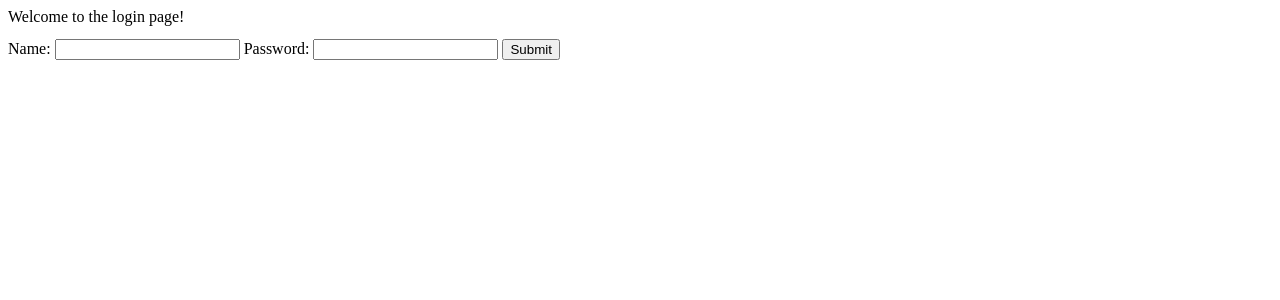
Repository: Baemint2/SPRING
Page: http://localhost/myfirstwebapp/src/main/resources/META-INF/resources/jsp/login.jsp
These files come from the project's save history. The page is drawn as it stood at one moment and after the next save; the edit follows.
The browser window is 1280 px wide. The pictures show the whole page.
The page is served by Tomcat 9. Other server files are loaded and not shown.

Above is the page before, as saved 2023-12-14 02:20:49.

### myfirstwebapp/src/main/resources/META-INF/resources/jsp/login.jsp
<html>
  <head>
    <title>Login Page</title>
  </head>
  <body>
  		Welcome to the login page!
  		<pre>${errorMessage}</pre>
  		<form method="post">
  			Name: <input type="text" name="name">
  			Password: <input type="password" name="password">
  			<input type="submit">
  		</form>
  </body>
</html>

After the next save:
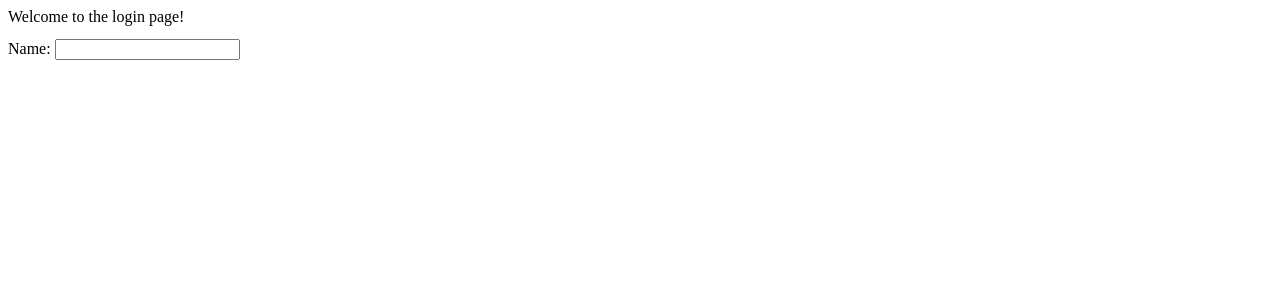
Saved 16 s later.
--- a/myfirstwebapp/src/main/resources/META-INF/resources/jsp/login.jsp
+++ b/myfirstwebapp/src/main/resources/META-INF/resources/jsp/login.jsp
@@ -7,8 +7,6 @@
   		<pre>${errorMessage}</pre>
   		<form method="post">
   			Name: <input type="text" name="name">
-  			Password: <input type="password" name="password">
-  			<input type="submit">
   		</form>
   </body>
 </html>

After the save that followed:
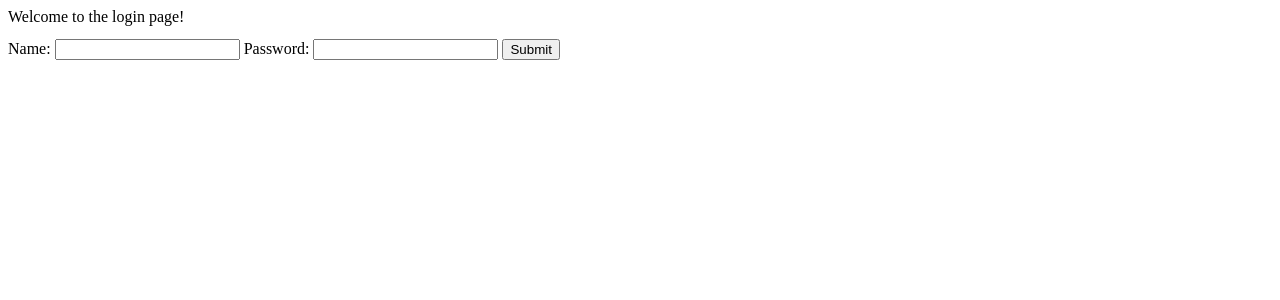
Saved 15 s later.
--- a/myfirstwebapp/src/main/resources/META-INF/resources/jsp/login.jsp
+++ b/myfirstwebapp/src/main/resources/META-INF/resources/jsp/login.jsp
@@ -7,6 +7,8 @@
   		<pre>${errorMessage}</pre>
   		<form method="post">
   			Name: <input type="text" name="name">
+  			Password: <input type="password" name="password">
+  			<input type="submit">
   		</form>
   </body>
 </html>
